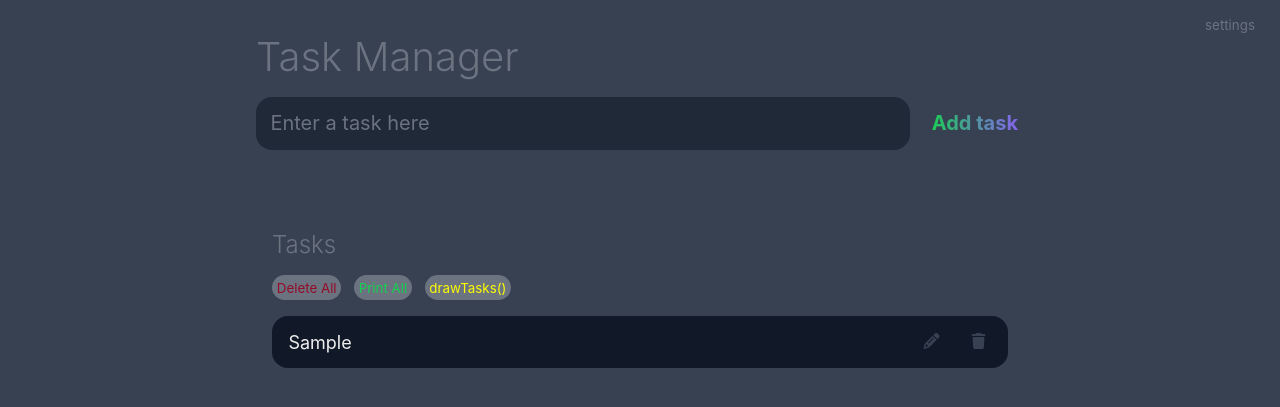
Repository: Herschenglime/todo-list-exercise
Page: index.html
An editor plug-in stored every save of this project. The page is shown before and after the next save, followed by the edit.
The browser window is 1280 px wide. The pictures show the whole page.
Empty fields were first filled with sample values (such as "Sample", 5 or name@example.com).
After loading, the first visible `#new-task-form` was submitted once.
Some web libraries are served in a nearby version.

Above is the page before, as saved 2022-04-20 04:05:45.

### index.html
<!DOCTYPE html>
<html lang="en">
<head>
    <meta charset="UTF-8">
    <meta http-equiv="X-UA-Compatible" content="IE=edge">
    <meta name="viewport" content="width=device-width, initial-scale=1.0">
    <title>Task Manager</title>
    <link rel="stylesheet" href="sytles.css">
    <script src="https://kit.fontawesome.com/8f66459c5a.js" crossorigin="anonymous"></script>
</head>
<body>
    <nav class="navbar">
        <div class="navbar__container">
            <button id="settings" onclick="toggleSettings()"> settings </button>
        </div>
    </nav>

    <header>
        <h1>Task Manager</h1>
        <form id="new-task-form">
            <input
                type="text"
                id="new-task-input"
                placeholder="Enter a task here" />
            <input
                type="submit"
                id="new-task-submit"
                value="Add task" />
        </form>
    </header>

    <main>
        <section class="task-list">
            <h2>Tasks</h2>
            <div class="overall">
                <button id="delete_all">Delete All</button>
                <button id="print_all">Print All</button>
                <button id="drawTasks_button">drawTasks()</button>

            </div>

            <div id="tasks"></div>
        </section>

    <div class="popup" id="settings_popup">
        <div class="overlay" onclick="toggleSettings()"></div>
        <div class="content">
            <div class="close_button" onclick="toggleSettings()">&times;</div>
            <h1>Allow Duplicates?</h1>
            <p1>Automatically delete duplicate entries?</p1>
            <div class="buttons">
                <button id="toggle_duplicates" onclick="toggleDuplicates()">toggle duplicates</button>
                <button id="joke_button" onclick="testAPI()">tell me a joke</button>
            </div>
        </div>
    </div>

    <script src="app.js"></script>
</body>
</html>

### sytles.css
:root {
    --dark: #374151;
    --darker: #1f2937;
    --darkest: #111827;
    --gray: #6b7280;
    --light: #EEE;
    --pink: #EC4899;
    --purple: #8B5Cf6;
    --green: #16d14e;
    --red: rgb(148, 12, 39);
}

* {
    box-sizing: border-box;
    margin: 0;
    font-family: -apple-system, BlinkMacSystemFont, 'Segoe UI', Roboto, Oxygen, Ubuntu, Cantarell, 'Open Sans', 'Helvetica Neue', sans-serif;
}

body {
    display: flex;
    flex-direction: column;
    min-height: 100vh;
    background: var(--dark);
    color: white;
}

header {
    padding: 2rem 1rem;
    max-width: 800px;
    width: 100%;
    margin: 0 auto;
}

header h1 {
    font-size: 2.5rem;
    font-weight: 300;
    color: var(--gray);
    margin-bottom: 1rem;
}

#new-task-form {
    display: flex;
}

input, button {
    appearance: none;
    border: none;
    outline: none;
    background: none;
}

#new-task-input {
    flex: 1 1 0%;
    background-color: var(--darker);
    padding: .9rem;
    border-radius: 1rem;
    margin-right: 1rem;
    color: var(--light);
    font-size: 1.25rem;
}

#new-task-input::placeholder {
    color: var(--gray);
}

#new-task-submit {
    color: var(--green);
    font-size: 1.25rem;
    font-weight: 700;
    background-image: linear-gradient(to right, var(--green), var(--purple));
    -webkit-background-clip: text;
    -webkit-text-fill-color: transparent;
    cursor: pointer;
    /* transition: 0.4s; */
}

#new-task-submit:hover {
    opacity: 0.8;
}

#new-task-submit:active {
    opacity: 0.67;
}

#settings {
    color: var(--gray);
    position: absolute;
    margin-top: 1rem;
    right: 0px;
    width: 100px;
    cursor: pointer;
}

#settings:hover {
    opacity: 0.8;
}

#settings:active {
    opacity: 0.67;
}

.popup .overlay {
    position:fixed;
    top: 0rem;
    left: 0rem;
    width: 100vw;
    height: 100vh;
    background: rgba(0, 0, 0, 0.7);
    z-index: 1;
    display: none;
}

.popup .content {
    position: absolute;
    top: 50%;
    left: 50%;
    transform: translate(-50%, -50%) scale(0);
    background: var(--gray);
    width: 35rem;
    height: 43rem;
    z-index: 2;
    text-align: center;
    padding: 2rem;
    box-sizing: border-box;
}

.popup .close_button {
    cursor: pointer;
    position: absolute;
    right: 1.5rem;
    top: 1.5rem;
    width: 2rem;
    height: 2rem;
    background: var(--darker);
    color: var(--white);
    font-size: 1.5rem;
    font-weight: .6rem;
    line-height: 2rem;
    text-align: center;
}

.popup.active .overlay {
    display:block;
}

.popup.active .content {
    transition: all 85ms ease-in-out;
    transform: translate(-50%, -50%) scale(1);
}

.popup .content .buttons #toggle_duplicates,#joke_button{
    border-radius: 1rem;
    background-color: var(--darker);
    color: var(--light);
    margin-top: 1rem;
    padding: .5rem;
    cursor: pointer;
    display: block;
    justify-content: center;
    align-items: center;

}


.overall #delete_all {
    /* display: flex;
    flex-direction: column;
    flex: 1 1 0%; */
    color: var(--red);
    background-color: var(--gray);
    padding: .3rem;
    border-radius: .8rem;
    margin-right: .5rem;
    margin-bottom: 1rem;
    cursor: pointer;
}

.overall #delete_all:hover {
    opacity: 0.8;
}

.overall #delete_all:active {
    opacity: 0.67;
}
.overall #print_all {
    color: var(--green);
    background-color: var(--gray);
    padding: .3rem;
    border-radius: .8rem;
    margin-bottom: 1rem;
    cursor: pointer;
}

.overall #print_all:hover {
    opacity: 0.8;
}

.overall #print_all:active {
    opacity: 0.67;
}

.overall #drawTasks_button {
    color: yellow;
    background-color: var(--gray);
    padding: .3rem;
    border-radius: .8rem;
    margin-bottom: 1rem;
    margin-left: .5rem;
    cursor: pointer;
}

.overall #drawTasks_button:hover {
    opacity: 0.8;
}

.overall #drawTasks_button:active {
    opacity: 0.67;
}

main {
    flex: 1 1 0%;
    padding: 2rem 1rem;
    max-width: 800px;
    width: 100%;
    margin: 0 auto;
}

.task-list {
    padding: 1rem;
}

.task-list h2 {
    font-size: 1.5rem;
    font-weight: 300;
    color: var(--gray);
    margin-bottom: 1rem;
}

#tasks .task {
    display: flex;
    justify-content: space-between;
    background-color: var(--darkest);
    padding: .9rem;
    border-radius: 1rem;
    margin-bottom: 1rem;
}

#tasks .task .content {
    flex: 1 1 0%;
}

#tasks .task .content .text {
    color: var(--light);
    font-size: 1.125rem;
    width: 100%;
    display: block;
    /* transition: 0.4s; */
}

#tasks .task .content .text:not(:read-only) {
    color: var(--green);
}

#tasks .task .actions {
    display: flex;
    margin: 0 -0.5rem;
}

.task .actions button {
    cursor: pointer;
    margin: 0 0.5rem;
    font-size: 1.125rem;
    font-weight: 700;
    text-transform: uppercase;
    /* transition: 0.4s */
}

.task .actions button:hover {
    opacity: 0.8;
}

.task .actions button:active {
    opacity: 0.67;
}

.task .actions .edit {
    color: var(--gray);
}

.task .actions .delete {
    color: var(--red);
}

.fa-pencil {
    color: var(--dark);
    margin-left: 1rem;
    margin-right: 1rem;
    cursor: pointer;
}

.fa-pencil:hover {
    opacity: 0.5;
    color: var(--light);
}

.fa-pencil:active {
    opacity: 0.67;
}

.fa-trash {
    color: var(--dark);
    margin-left: 1rem;
    margin-right: 1rem;
    cursor: pointer;
}

.fa-trash:hover {
    opacity: 0.8;
    color: var(--red);
}

.fa-trash:active {
    opacity: 0.67;
}

### app.js
//window.localStorage
// localStorage.setItem('testObject', 'testValue');
// const testConst = localStorage.getItem('testObject');
// localStorage.removeItem('testObject');
// console.log(Storage.toString());

// add option to allow for duplicate tasks or not (add id for each task and use that to refer to instad of name)
var allowDuplicates = true;

window.addEventListener('load', () => {
    const form = document.querySelector("#new-task-form");
    const input = document.querySelector("#new-task-input");
    const delete_all = document.querySelector("#delete_all");
    const print_all = document.querySelector("#print_all");
    const draw_tasks = document.querySelector("#drawTasks_button");

    // let taskNames = [];
    let tasks = [];

    function drawTasks() {
       // old version of drawTasks (worked)
        // // refresh task list based on local storage
        // try {
        //     //tasks = JSON.parse(localStorage.tasks);
        //     taskNames = JSON.parse(localStorage.tasks).map(a => a.taskName)
        //     //console.log(testTasks);
        // } catch (e) {
        //     taskNames = [];
        // }

        // // delete all drawn tasks
        // try {
        //     const tempTasks = document.querySelectorAll('.task');
        //     tempTasks.forEach((drawnTask) => {
        //         drawnTask.remove();
        //     })
        // } catch (e) {
        //     console.log("Failed to delete drawn tasks.")
        //     console.log(e)
        // }

        // // draw tasks
        // try {
        //     taskNames.forEach((task) => {
        //         const list_el = document.querySelector("#tasks");

        //         // creates tasks
        //         const task_el = document.createElement("div");
        //         task_el.classList.add("task");

        //         const task_content_el = document.createElement("div");
        //         task_content_el.classList.add("content");

        //         task_el.appendChild(task_content_el);

        //         const task_input_el = document.createElement("input");
        //         task_input_el.classList.add("text");
        //         task_input_el.type = "text";
        //         // determines the displayed text
        //         task_input_el.value = task;
        //         task_input_el.setAttribute("readonly", "readonly");

        //         task_content_el.appendChild(task_input_el);

        //         // creates buttons (required to display)
        //         const task_actions_el = document.createElement("div");
        //         task_actions_el.classList.add("actions");

        //         const task_edit_el = document.createElement("button");
        //         task_edit_el.classList.add("edit");
        //         task_edit_el.innerHTML = "Edit";

        //         const task_delete_el = document.createElement("button");
        //         task_delete_el.classList.add("delete");
        //         task_delete_el.innerHTML = "Delete";

        //         task_actions_el.appendChild(task_edit_el);
        //         task_actions_el.appendChild(task_delete_el);

        //         task_el.appendChild(task_actions_el);

        //         list_el.appendChild(task_el);

        //         // edit button functionality
        //         task_edit_el.addEventListener('click', () => {
        //             console.log("edit clicked")
        //             console.log("selected task:")
        //             console.log(task_el)
        //             if (task_edit_el.innerText.toLowerCase() == "edit") {
        //                 task_input_el.removeAttribute("readonly");
        //                 // need to look into .focus
        //                 task_input_el.focus();
        //                 task_edit_el.innerText = "Save";
        //             } else {
        //                 task_input_el.setAttribute("readonly", "readonly");
        //                 task_edit_el.innerText = "Edit";
        //             }
        //         });

        //         // delete button functionality
        //         task_delete_el.addEventListener('click', () => {
        //                 console.log("here")
        //                 console.log(task_el)
        //                 taskNames.remove(task)
        //                 list_el.removeChild(task_el);
        //             });
        //     })

        // } catch (e) {
        //     console.log("failed to draw tasks, error:");
        //     console.log(e);
        // }

        //=======
        // new version

        // refresh task list based on local storage
        try {
            tasks = [];
            JSON.parse(localStorage.tasks).forEach((task) => {
                tasks.push(task);
            });
            // console.log("session tasks array:")
            // console.log(tasks)
            // console.log("local storage tasks")
            // console.log(localStorage.tasks)
            // //console.log(testTasks);
        } catch (e) {
            console.log("caught error likely due to localStorage.tasks being empty. Is this an issue?")
            // HERE IS HOW TO TELL IF THERE ARE NO TASKS
        }

        // delete all drawn tasks (prevents dupplication of drawn tasks)
        try {
            document.querySelectorAll('.task').forEach((drawnTask) => {
                drawnTask.remove();
            })
        } catch (e) {
            console.log("Failed to delete drawn tasks.")
            console.log(e)
        }

        // draw tasks
        try {
            console.log(tasks)
            tasks.forEach((task) => {
                const list_el = document.querySelector("#tasks");

                // creates tasks
                const task_el = document.createElement("div");
                task_el.classList.add("task");
                task_el.id = task.id;

                const task_content_el = document.createElement("div");
                task_content_el.classList.add("content");


                task_el.appendChild(task_content_el);


                const task_input_el = document.createElement("input");
                task_input_el.classList.add("text");
                task_input_el.type = "text";

                // id code
                const task_id_el = document.createElement("input");
                task_id_el.classList.add("text");

                // determines the displayed text
                task_input_el.value = task.taskName;
                task_id_el.value = task.id;
                task_input_el.setAttribute("readonly", "readonly");
                task_id_el.setAttribute("readonly", "readonly");
                task_id_el.setAttribute("style", "display:none");

                // new code (temp comment)

                task_content_el.appendChild(task_input_el);
                task_content_el.appendChild(task_id_el);

                // creates buttons (required to display)
                const task_actions_el = document.createElement("div");
                task_actions_el.classList.add("actions");

                const task_edit_el = document.createElement("button");
                task_edit_el.classList.add("edit");
                task_edit_el.innerHTML = "Edit";

                // const task_delete_el = document.createElement("button");
                // task_delete_el.classList.add("delete");
                // task_delete_el.innerHTML = "Delete";
                const task_edit_icon = document.createElement("i");
                task_edit_icon.innerHTML = '<i class="fa-solid fa-pencil"></i>';

                const task_delete_icon = document.createElement("i");
                task_delete_icon.innerHTML = '<i class="fa-solid fa-trash" onclick="deleteTask()"></i>';



                task_actions_el.appendChild(task_edit_icon);
                // task_actions_el.appendChild(task_delete_el);
                task_actions_el.appendChild(task_delete_icon);

                task_el.appendChild(task_actions_el);

                list_el.appendChild(task_el);

                // edit button functionality
                task_edit_icon.addEventListener('click', () => {
                    // console.log("selected task:")
                    // console.log(task_el)
                    task_input_el.removeAttribute("readonly");
                    task_input_el.focus();

                    document.addEventListener('keydown', function(event){
                        if(event.key === "Enter"){
                            task_input_el.setAttribute("readonly", "readonly")

                            tasks[getIndexById(task_el.id)].taskName = task_input_el.value;
                            localStorage.setItem("tasks", JSON.stringify(tasks));

                            drawTasks();
                        }
                    });
                });

                // delete button functionality
                task_delete_icon.addEventListener('click', () => {
                        var tempLocalStorageDelete = JSON.parse(localStorage.getItem("tasks"));

                        tempLocalStorageDelete.splice(getIndexById(task_el.id), 1);

                        localStorage.setItem("tasks", JSON.stringify(tempLocalStorageDelete))

                        drawTasks();
                    });
            })

        } catch (e) {
            console.log("failed to draw tasks, error:");
            console.log(e);
        }
    };

    // drawTasks when page is first loaded
    drawTasks();

    // adding tasks
    form.addEventListener('submit', (e) => {
        e.preventDefault();

        var tempDupToggle;
        tasks.forEach((task) => {
            if (task.taskName == input.value && !allowDuplicates) {
                alert("duplicate task entered!")
                input.value = "";
                tempDupToggle = true;
                return;
            }
        })

        if (!input.value) {
            if (tempDupToggle) {
                tempDupToggle = !tempDupToggle;
                return;
            }
            alert("no text entered");
            return;
        }

        const taskObj = {
            taskName:input.value,
            status:"TEMP",
            id: Math.floor(Date.now() + Math.random()),
            priority: "TEMP"
        }


        tasks.push(taskObj);
        console.log("tasks array:")
        console.log(tasks)
        console.log("=====")
        localStorage.setItem("tasks", JSON.stringify(tasks));

        input.value = "";

        // refresh tasks by calling drawTask function
        drawTasks();


    });

    // delete_all functionality
    delete_all.addEventListener('click', () => {
        console.log("Local storage cleared.");
        localStorage.clear();
        drawTasks();
    });

    print_all.addEventListener('click', () => {
        try {
            console.log("session tasks array:")
            console.log(tasks)
            console.log("local storage:")
            console.log(JSON.parse(localStorage.tasks))
            console.log("========")
        } catch (e) {
            console.log("No tasks in local storage.")
        }
    });

    // drawTasks dev button functionality
    draw_tasks.addEventListener('click', () => {
        drawTasks();
    });

});

// temp settings popup functionality
function toggleSettings() {
    document.getElementById("settings_popup").classList.toggle("active");
}

document.addEventListener('keydown', function(event){
	if(event.key === "Escape"){
        document.getElementById("settings_popup").classList.toggle("active");
	}
});

function toggleDuplicates() {
    console.log("user wants to toggle duplicates!")
    allowDuplicates = !allowDuplicates;
    console.log(allowDuplicates)
}

function deleteTask() {
    console.log("icon clicked")
    return this.id
}

function getIndexById(Id) {
    var tempLocalStorage = JSON.parse(localStorage.getItem("tasks"))
    var target;

    for (var i = 0; i < tempLocalStorage.length; i++) {
        var item = tempLocalStorage[i];
        if (item.id == Id) {
            target = i;
        }
    }
    return target;
}




// testing gpt-j fetch request
let returnedText = "";
function testAPI() {
    console.log("this should hold response:")
    fetch("https://api.ai21.com/studio/v1/j1-jumbo/complete", {
      headers: {
        "Authorization": "Bearer X9U5ZKe7tI7oe5ni0zPLyIUo3w19xJCS",
        "Content-Type": "application/json"
      },
      body: JSON.stringify({
          "prompt": "Joke: ",
          "numResults": 1,
          "maxTokens": 64,
          "temperature": 0.7,
          "topKReturn": 0,
          "topP":1,
          "countPenalty": {
            "scale": 0,
            "applyToNumbers": false,
            "applyToPunctuations": false,
            "applyToStopwords": false,
            "applyToWhitespaces": false,
            "applyToEmojis": false
          },
          "frequencyPenalty": {
            "scale": 0,
            "applyToNumbers": false,
            "applyToPunctuations": false,
            "applyToStopwords": false,
            "applyToWhitespaces": false,
            "applyToEmojis": false
          },
          "presencePenalty": {
            "scale": 0,
            "applyToNumbers": false,
            "applyToPunctuations": false,
            "applyToStopwords": false,
            "applyToWhitespaces": false,
            "applyToEmojis": false
          },
          "stopSequences":["\n"]
        }),
      method: "POST"
    }).then(response => response.json()).then(data => {
        returnedText = data;
        printResponse();
    });
}

function printResponse() {
    console.log(returnedText)
    alert(returnedText.completions[0].data.text)
}

After the next save:
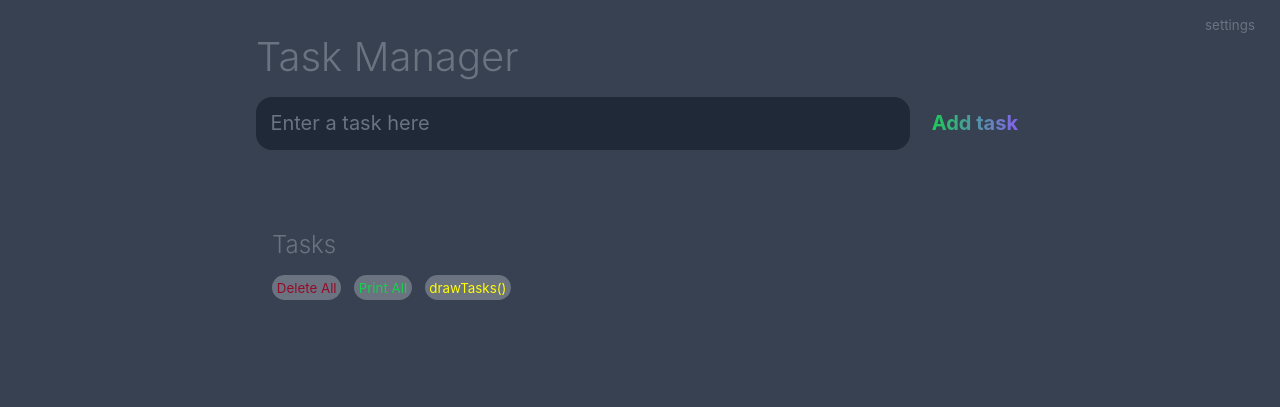
Saved 19 s later.
--- a/app.js
+++ b/app.js
@@ -163,8 +163,8 @@
                 task_input_el.type = "text";
 
                 // id code
-                const task_id_el = document.createElement("input");
-                task_id_el.classList.add("text");
+                // const task_id_el = document.createElement("input");
+                // task_id_el.classList.add("text");
 
                 // determines the displayed text
                 task_input_el.value = task.taskName;

After the save that followed:
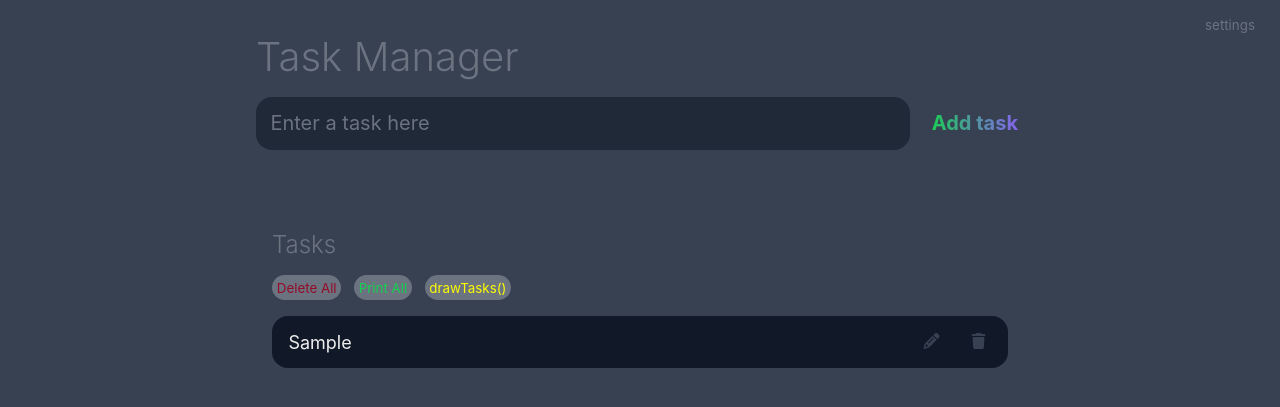
Saved 9 s later.
--- a/app.js
+++ b/app.js
@@ -163,8 +163,8 @@
                 task_input_el.type = "text";
 
                 // id code
-                // const task_id_el = document.createElement("input");
-                // task_id_el.classList.add("text");
+                const task_id_el = document.createElement("input");
+                task_id_el.classList.add("text");
 
                 // determines the displayed text
                 task_input_el.value = task.taskName;
